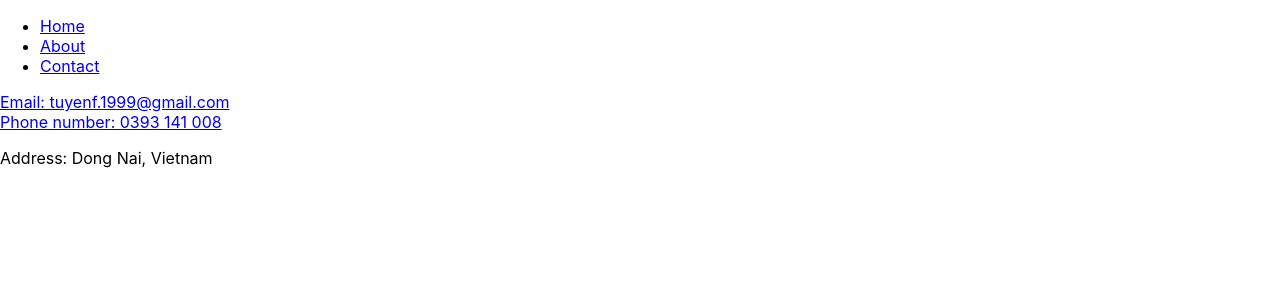
Repository: tuyenf/react-web110
Page: /contact
These files come from the project's save history. The page is drawn as it stood at one moment and after the next save; the edit follows.
The browser window is 1280 px wide. The pictures show the whole page.
The project was rebuilt for these pictures with package versions that can differ from the ones it lists, and the page was loaded fresh each time. Also part of the build but not shown: src/components/Home.jsx, src/components/About.jsx.

Above is the page before, as saved 2021-10-04 09:04:07.

After the next save:
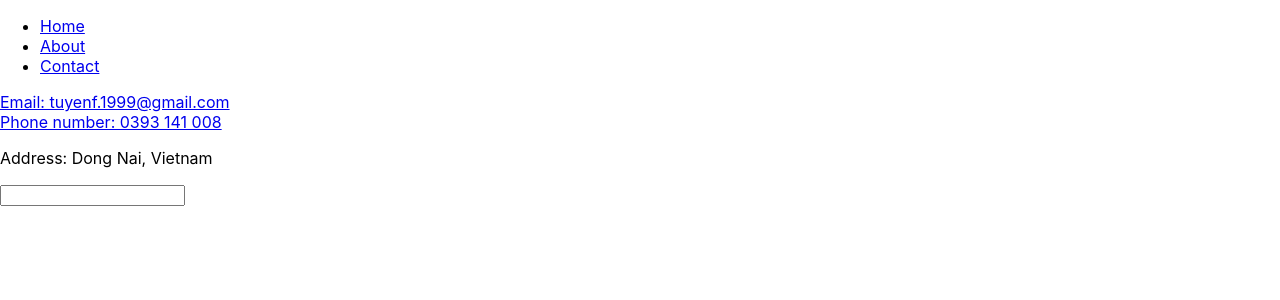
Saved 8 s later.
--- a/src/components/Contact.jsx
+++ b/src/components/Contact.jsx
@@ -16,7 +16,7 @@ function Contact() {
       <p>Address: Dong Nai, Vietnam</p>
       <div className="form-field">
         <form>
-
+          <input></input>
         </form>
       </div>
     </div>
